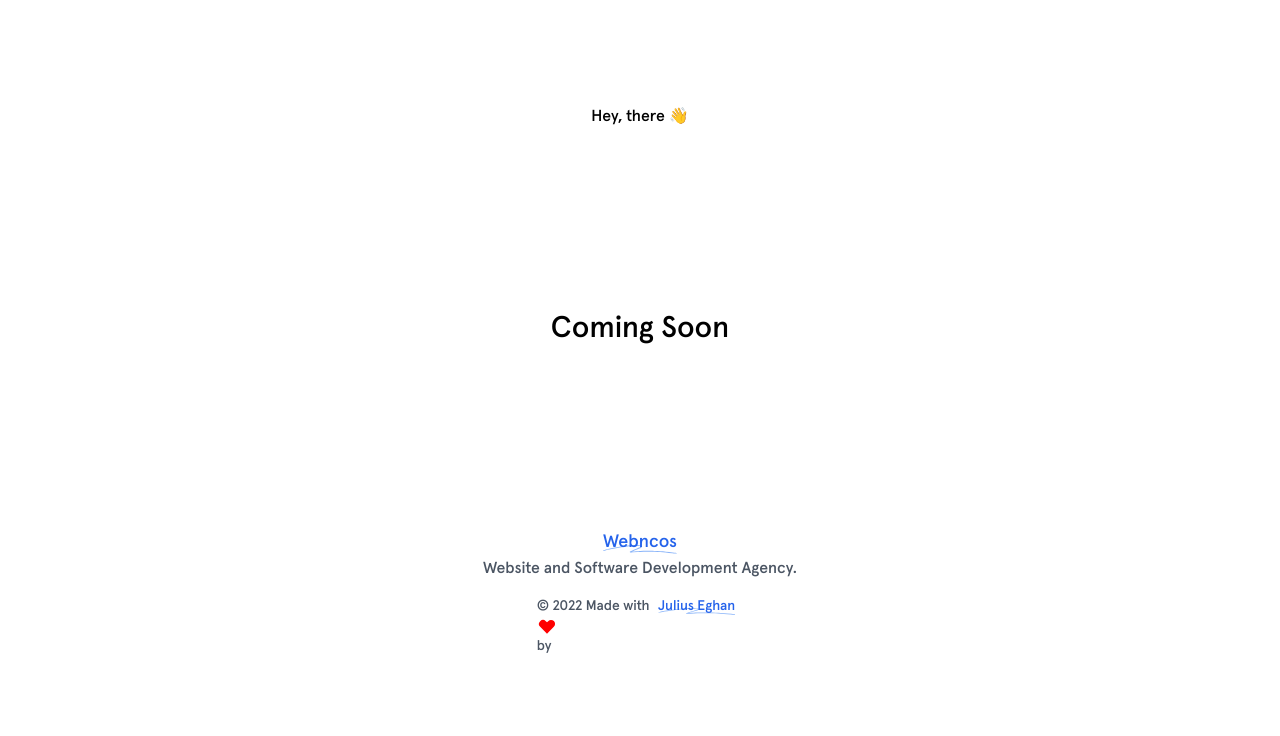
Repository: 1realjulius/webncos
Page: /
The author's editor kept a copy of each file at every save. The page is drawn from the files as they stood at one save, then again after the next save.
The browser window is 1280 px wide. The pictures show the whole page.
The project was rebuilt for these pictures with package versions that can differ from the ones it lists, and the page was loaded fresh each time. The framework's server and built-in components were replaced by stand-ins that run in the browser. Also part of the build but not shown: next.config.js.

Above is the page before, as saved 2022-08-13 06:05:47.

After the next save:
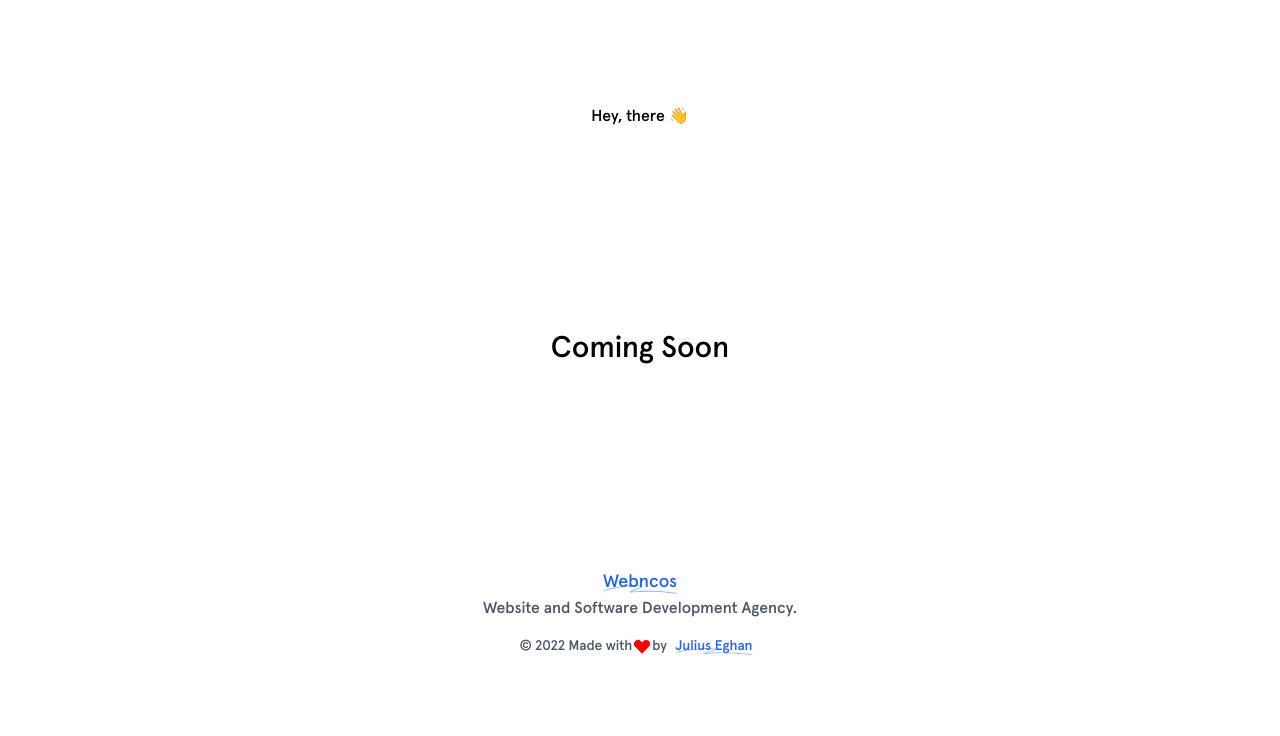
Saved 17 s later.
--- a/components/ComingSoon.tsx
+++ b/components/ComingSoon.tsx
@@ -33,8 +33,8 @@ const ComingSoon = () => {
         </div>
         <div>
           <p className="flex flex-row text-sm my-4 text-gray-600">
-            <span>
-                <span>© 2022 Made with{" "}</span>
+            <span className="flex flex-row">
+            <span>© 2022 Made with{" "}</span>
               <span>
                 <svg
                   xmlns="http://www.w3.org/2000/svg"
